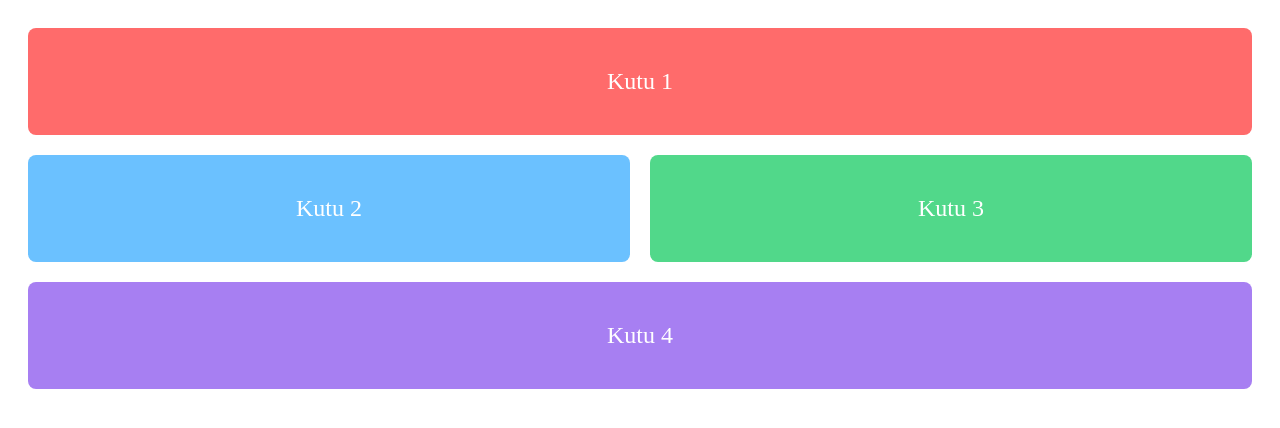
Repository: mertfurkandgn/artpainting
Page: card-1/index.html
An editor plug-in stored every save of this project. The page is shown before and after the next save, followed by the edit.
The browser window is 1280 px wide. The pictures show the whole page.

Above is the page before, as saved 2025-07-30 21:50:40.

### card-1/index.html
<!DOCTYPE html>
<html lang="en">
  <head>
    <meta charset="UTF-8" />
    <meta name="viewport" content="width=device-width, initial-scale=1.0" />
    <title>Card 1</title>
    <link rel="stylesheet" href="css/style.css" />
  </head>
  <body>
    <main>
      <section class="card-section">
        <div class="container">
          <div class="row">
            <div class="card">
              <div class="grid-container">
  <div class="box box1">Kutu 1</div>
  <div class="box box2">Kutu 2</div>
  <div class="box box3">Kutu 3</div>
  <div class="box box4">Kutu 4</div>
</div>

            </div>
          </div>
        </div>
      </section>
    </main>
  </body>
</html>

### card-1/css/style.css
.grid-container {
  display: grid;
  gap: 20px;
  grid-template-columns: repeat(2, 1fr);
  grid-template-areas:
    "box1 box1"
    "box2 box3"
    "box4 box4";
  padding: 20px;
}

.box {
  padding: 40px;
  color: white;
  font-size: 1.5rem;
  text-align: center;
  border-radius: 8px;
}

/* Renkler ve alanlar */
.box1 {
  background-color: #ff6b6b;
  grid-area: box1;
}

.box2 {
  background-color: #6bc1ff;
  grid-area: box2;
}

.box3 {
  background-color: #51d88a;
  grid-area: box3;
}

.box4 {
  background-color: #a77ff2;
  grid-area: box4;
}

After the next save:
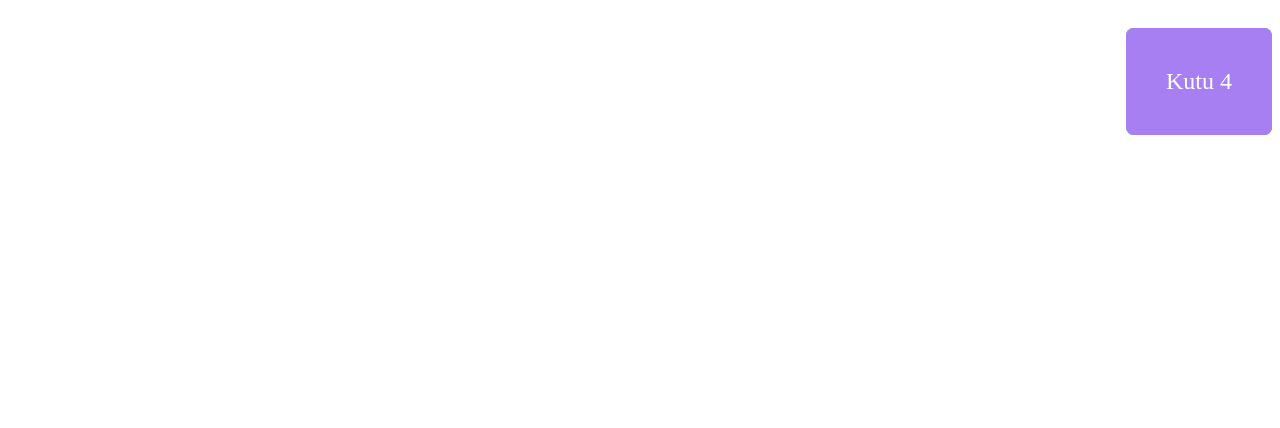
Saved 2 min 9 s later.
--- a/card-1/css/style.css
+++ b/card-1/css/style.css
@@ -2,11 +2,7 @@
   display: grid;
   gap: 20px;
   grid-template-columns: repeat(2, 1fr);
-  grid-template-areas:
-    "box1 box1"
-    "box2 box3"
-    "box4 box4";
-  padding: 20px;
+
 }
 
 .box {
